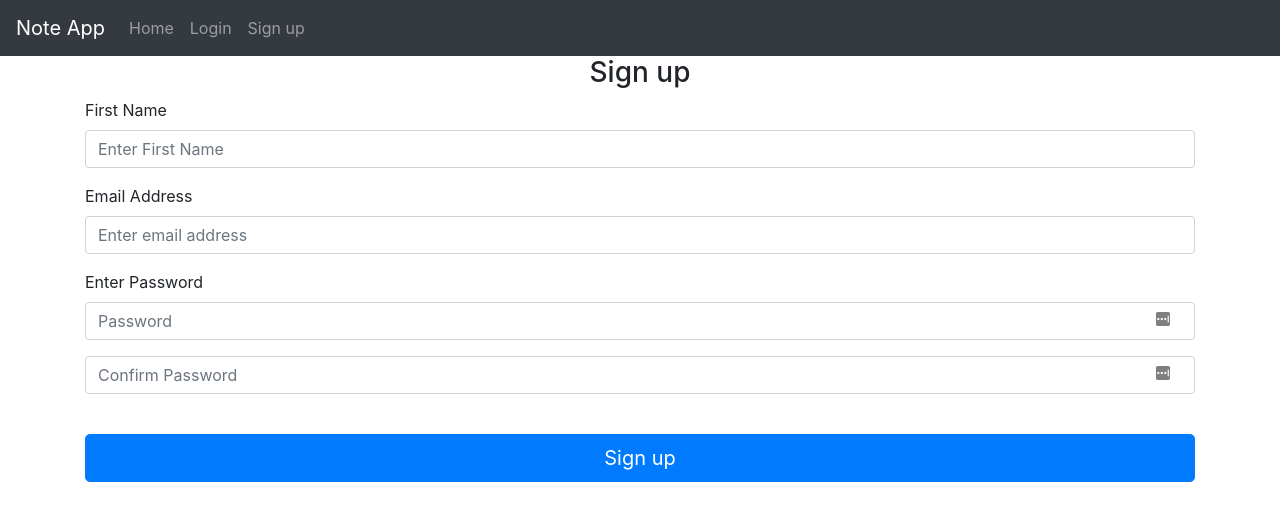
Repository: Anas-Alhariri/Python-NoteWebApplication
Page: website/templates/sign_up.html
The author's editor kept a copy of each file at every save. The page is drawn from the files as they stood at one save, then again after a run of saves.
The browser window is 1280 px wide. The pictures show the whole page.
The template is drawn by Flask 3. The application's start-up code is not run. The template is opened directly, without the code that normally fills it, so the values that code supplies are empty.

Above is the page before, as saved 2021-06-12 22:20:54.

After the next 2 saves:
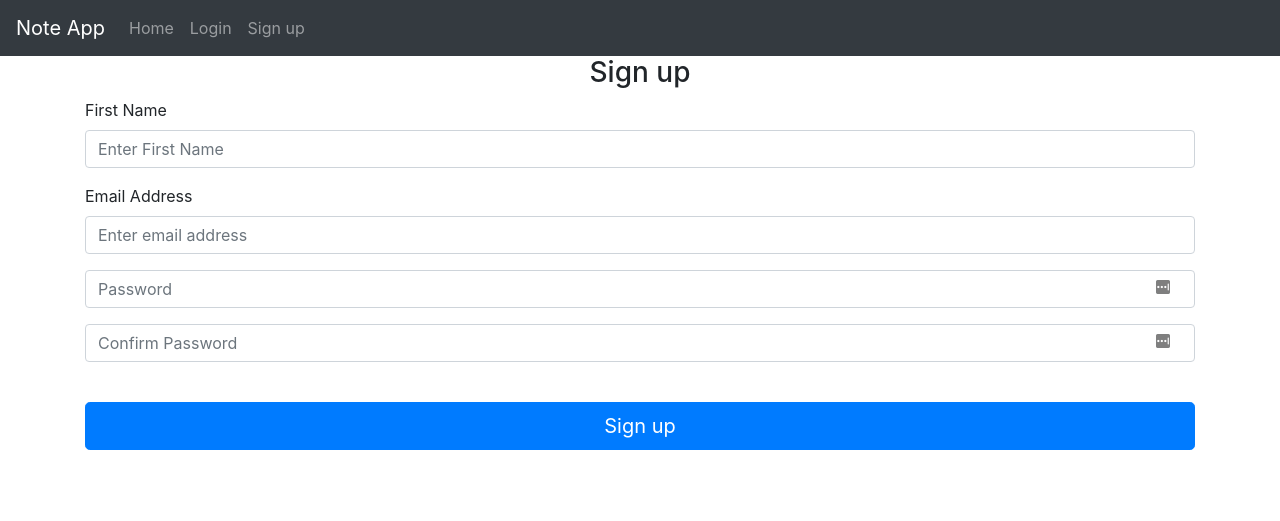
The 2 saves are shown as one change because they came seconds apart.
The last was saved 9 s later.
--- a/website/templates/sign_up.html
+++ b/website/templates/sign_up.html
@@ -15,8 +15,7 @@
         </div>
 
         <div class="form-group">
-            <label for="password1">Enter Password</label>
-            <label for="inputPassword" class="sr-only">Password</label>
+            <label for="inputPassword" class="sr-only">Enter Password</label>
             <input name="password1" type="password" id="inputPassword2" class="form-control" placeholder="Password" required="" autocomplete="off" style="background-image: url(&quot;data:[embedded picture, 452 characters]); background-repeat: no-repeat; background-attachment: scroll; background-size: 16px 18px; background-position: 98% 50%; cursor: pointer;">
 
         </div>
